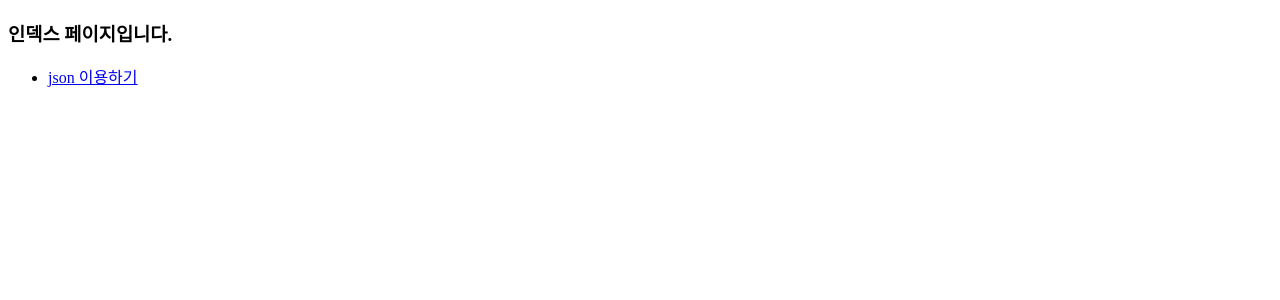
Repository: hyunhee7/python_work
Page: Django04_JSON/templates/index.html
An editor plug-in stored every save of this project. The page is shown before and after the next save, followed by the edit.
The browser window is 1280 px wide. The pictures show the whole page.

Above is the page before, as saved 2017-08-22 05:54:05.

### Django04_JSON/templates/index.html
<!DOCTYPE html>
<html>
<head>
<meta charset="UTF-8">
<title>index.html</title>
</head>
<body>
<h3>인덱스 페이지입니다.</h3>
<ul>
	<li><a href="/json01">json 이용하기</a></li>
</ul>
</body>
</html>

After the next save:
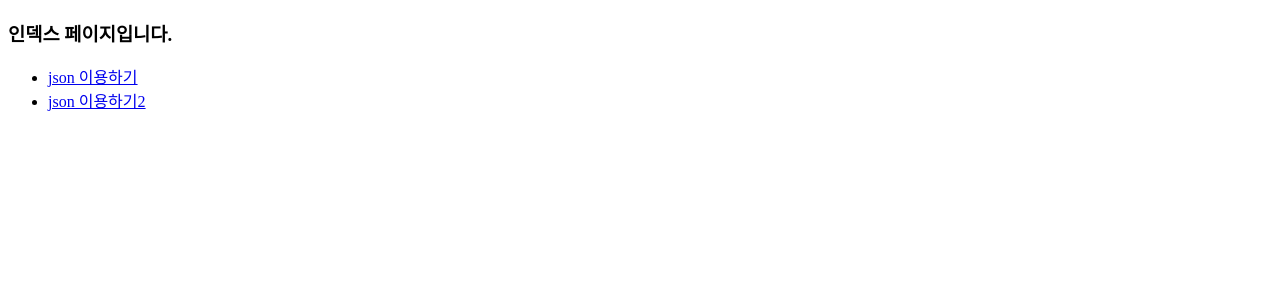
Saved 2 min 25 s later.
--- a/Django04_JSON/templates/index.html
+++ b/Django04_JSON/templates/index.html
@@ -8,6 +8,7 @@
 <h3>인덱스 페이지입니다.</h3>
 <ul>
 	<li><a href="/json01">json 이용하기</a></li>
+	<li><a href="/json02">json 이용하기2</a></li>
 </ul>
 </body>
 </html>
